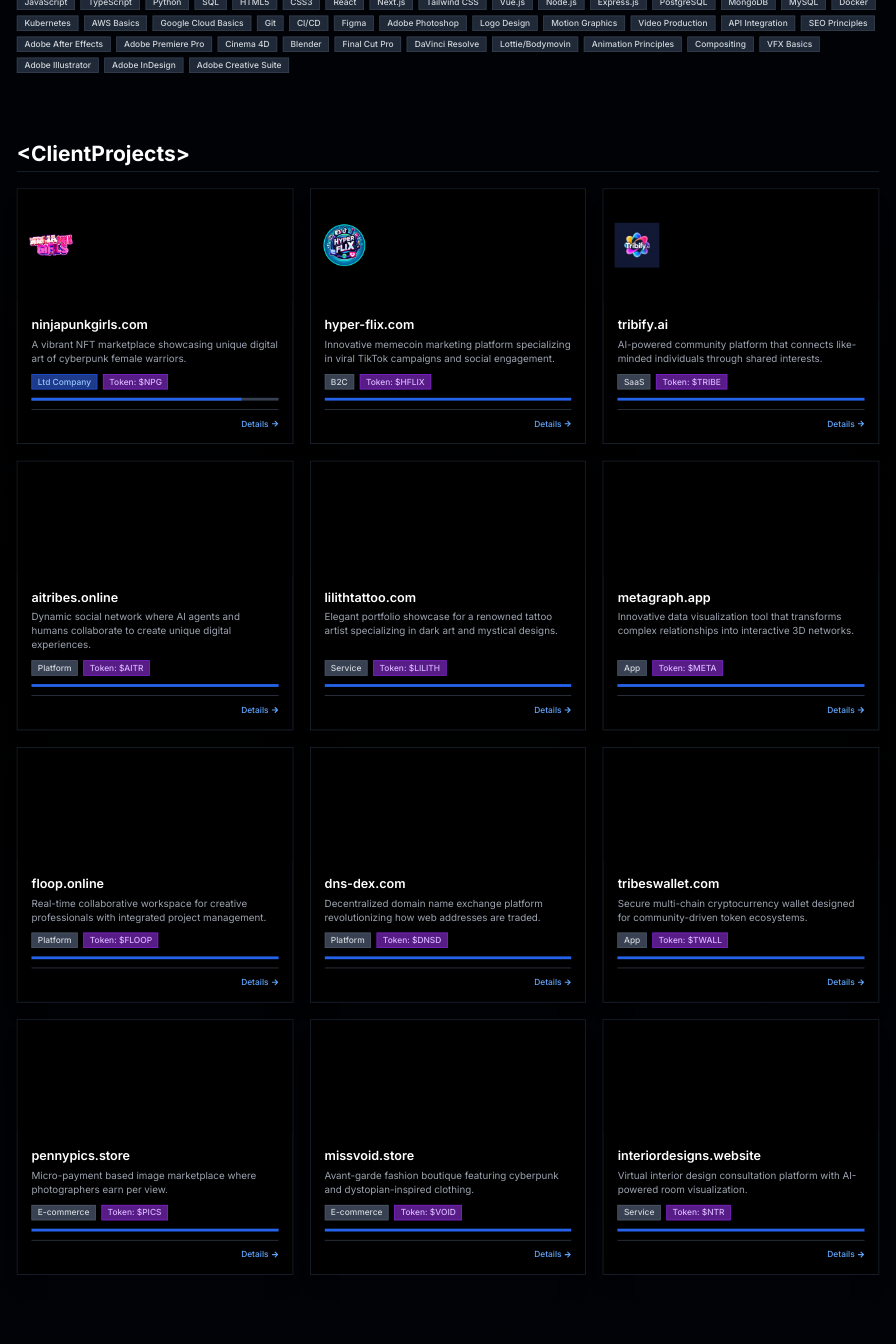
Repository: b0ase/rafskitchen
Page: /
An editor plug-in stored every save of this project. The page is shown before and after the next save, followed by the edit.
The browser window is 1280 px wide. The pictures show the part of the page from y = 1516 to 3436 px (the page is 4817 px tall), at 70% of full size.
The project was rebuilt for these pictures with package versions that can differ from the ones it lists, and the page was loaded fresh each time. The framework's server and built-in components were replaced by stand-ins that run in the browser. Also part of the build but not shown: next.config.js.

Above is the page before, as saved 2025-05-02 14:45:30.

### app/layout.tsx
import type { Metadata } from "next";
// Import both Inter and Fira_Code
import { Inter, Fira_Code } from "next/font/google";
import "./globals.css";
import Header from "./components/Header";
import Footer from "./components/Footer";
// Import new nav components
import ServicesNavigation from "./components/ServicesNavigation";
// Import ThemeProvider
import { ThemeProvider } from "./context/ThemeContext";

// Configure Inter (for default body text)
const inter = Inter({
  subsets: ["latin"],
  display: 'swap',
  variable: '--font-inter', // Variable for Inter
});

// Configure Fira_Code (for specific elements)
const fira_code = Fira_Code({
  subsets: ["latin"],
  display: 'swap',
  variable: '--font-fira-code', // Variable for Fira Code
});

export const metadata: Metadata = {
  title: "B0ASE.COM | Digital Agency",
  description: "B0ASE.COM - Digital Agency specializing in Web Development, Blockchain, Content, Video, and Social Media.",
};

export default function RootLayout({
  children,
}: {
  children: React.ReactNode;
}) {
  return (
    <html lang="en" suppressHydrationWarning className={`${inter.variable} ${fira_code.variable}`}>
      <head>
        <script
          dangerouslySetInnerHTML={{
            __html: `
              (function() {
                function getInitialTheme() {
                  try {
                    const storedTheme = window.localStorage.getItem('theme');
                    if (storedTheme) return storedTheme;
                    return window.matchMedia('(prefers-color-scheme: dark)').matches ? 'dark' : 'light';
                  } catch (e) {
                    // If localStorage is unavailable (e.g., cookies disabled or SSR)
                    return 'light'; // Default to light theme
                  }
                }
                const theme = getInitialTheme();
                if (theme === 'dark') {
                  document.documentElement.classList.add('dark');
                }
              })();
            `,
          }}
        />
        {/* Other head elements like meta tags will be injected by Next.js here */}
      </head>
      {/* Apply default font (Inter) via font-sans class */}
      <body className={`font-sans`}>
        <ThemeProvider>
          {/* Header and Footer MUST be outside ThemeProvider or siblings to {children} to wrap content */}
          <Header />
          <ServicesNavigation />
          <div className="flex flex-col min-h-screen"> {/* Optional wrapper for main content flex */}
            <main className="flex-grow">
              {children}
            </main>
          </div>
          <Footer />
        </ThemeProvider>
      </body>
    </html>
  );
}

### app/page.tsx
'use client';

import React, { useState, useEffect } from 'react';
import Link from 'next/link';
import Image from 'next/image';
import Header from './components/Header';
import Footer from './components/Footer';
import ProjectCardImage from './components/ProjectCardImage';
import ProjectCardLoginOverlay from './components/ProjectCardLoginOverlay';
import { portfolioData, Project } from '@/lib/data';
import { FaExternalLinkAlt, FaGithub, FaInfoCircle, FaArrowRight, FaLinkedin, FaLock } from 'react-icons/fa';
import { BsCurrencyBitcoin } from "react-icons/bs";
import CharacterCycle from './components/CharacterCycle';

// Uncomment icons
const GitHubIcon = () => <svg className="w-4 h-4" fill="currentColor" viewBox="0 0 16 16"><path d="M8 0C3.58 0 0 3.58 0 8c0 3.54 2.29 6.53 5.47 7.59.4.07.55-.17.55-.38 0-.19-.01-.82-.01-1.49-2.01.37-2.53-.49-2.69-.94-.09-.23-.48-.94-.82-1.13-.28-.15-.68-.52-.01-.53.63-.01 1.08.58 1.23.82.72 1.21 1.87.87 2.33.66.07-.52.28-.87.51-1.07-1.78-.2-3.64-.89-3.64-3.95 0-.87.31-1.59.82-2.15-.08-.2-.36-1.02.08-2.12 0 0 .67-.21 2.2.82.64-.18 1.32-.27 2-.27.68 0 1.36.09 2 .27 1.53-1.04 2.2-.82 2.2-.82.44 1.1.16 1.92.08 2.12.51.56.82 1.27.82 2.15 0 3.07-1.87 3.75-3.65 3.95.29.25.54.73.54 1.48 0 1.07-.01 1.93-.01 2.2 0 .21.15.46.55.38A8.013 8.013 0 0 0 16 8c0-4.42-3.58-8-8-8z"/></svg>;
const XIcon = () => <svg className="w-4 h-4" fill="currentColor" viewBox="0 0 24 24"><path d="M18.244 2.25h3.308l-7.227 8.26 8.502 11.24H16.17l-5.214-6.817L4.99 21.75H1.68l7.73-8.835L1.254 2.25H8.08l4.713 6.231zm-1.161 17.52h1.833L7.084 4.126H5.117z"/></svg>;
const NotionIcon = () => <svg className="w-4 h-4" fill="currentColor" viewBox="0 0 24 24"><path d="M12 2C6.48 2 2 6.48 2 12s4.48 10 10 10 10-4.48 10-10S17.52 2 12 2zm1 15h-2v-6h2v6zm0-8h-2V7h2v2z"/></svg>;
const TokenIcon = () => <svg className="w-4 h-4" fill="currentColor" viewBox="0 0 16 16"><path d="M8 16A8 8 0 1 0 8 0a8 8 0 0 0 0 16zm0-1.143A6.857 6.857 0 1 1 8 1.143a6.857 6.857 0 0 1 0 13.714z"/><path d="M6.29 8.51H4.844V6.66h.33L6.29 8.51zm2.47-1.615c0-.58-.4-1.047-1.063-1.047H6.42v4.33h1.374c.68 0 1.086-.467 1.086-1.08V6.895zm-1.22 1.857H6.81V6.24h.74c.39 0 .625.246.625.6v1.867c0 .348-.248.602-.64.602zM11.156 8.51h-1.45v-1.85h.33l1.12 1.85z"/></svg>;

export default function PortfolioPage() {
  const projects: Project[] = portfolioData.projects as Project[];
  const [isAboutVisible, setIsAboutVisible] = useState(false);
  const [hoveredProjectId, setHoveredProjectId] = useState<number | null>(null);

  useEffect(() => {
    const timer = setTimeout(() => {
      setIsAboutVisible(true);
    }, 100);
    return () => clearTimeout(timer);
  }, []);

  return (
    <div className="flex flex-col">
      <main className="px-6 py-12 md:py-16 flex-grow">
        {/* About Section - Apply fade-in */}
        <section id="about" className="mb-16 md:mb-24 scroll-mt-20">
          {/* Apply transition and opacity classes */}
          <div className={`bg-white dark:bg-black p-6 md:p-8 border border-gray-200 dark:border-gray-800 shadow-md dark:shadow-xl
                         transition-opacity duration-700 ease-in-out ${isAboutVisible ? 'opacity-100' : 'opacity-0'}`}>
            <h1 className="relative text-3xl md:text-4xl text-black dark:text-white mb-4 font-mono min-h-[2.5rem]">
                <span className="invisible">{portfolioData.about.name}</span>
                <span className="absolute inset-0">
                  <CharacterCycle text={portfolioData.about.name} cycleDuration={40} />
                </span>
            </h1>
            <p className="relative text-lg md:text-xl text-gray-700 dark:text-gray-300 mb-4">
              <span className="invisible">{portfolioData.about.tagline}</span>
              <span className="absolute inset-0">
                <CharacterCycle text={portfolioData.about.tagline} cycleDuration={20} />
              </span>
            </p>
            <p className="relative text-base text-gray-600 dark:text-gray-400 mb-6 whitespace-pre-line">
               <span className="invisible">{portfolioData.about.bio}</span>
               <span className="absolute inset-0">
                 <CharacterCycle text={portfolioData.about.bio} cycleDuration={5} />
                </span>
            </p>
            <div className="flex space-x-4 mb-6">
              <a href={portfolioData.about.socials.github} target="_blank" rel="noopener noreferrer" className="text-gray-500 dark:text-gray-400 hover:text-black dark:hover:text-white transition-colors">
                <FaGithub size={24} />
              </a>
              <a href={portfolioData.about.socials.linkedin} target="_blank" rel="noopener noreferrer" className="text-gray-500 dark:text-gray-400 hover:text-black dark:hover:text-white transition-colors">
                <FaLinkedin size={24} />
              </a>
            </div>
            <div className="bg-gray-100 dark:bg-gray-900 p-4 border border-gray-200 dark:border-gray-700 text-sm text-gray-700 dark:text-gray-400">
              <h3 className="font-semibold text-black dark:text-white mb-2 flex items-center">
                <BsCurrencyBitcoin className="mr-2" /> {portfolioData.about.token.name} ({portfolioData.about.token.ticker})
              </h3>
              <p className="mb-2">{portfolioData.about.token.description}</p>
              <a
                href={portfolioData.about.token.marketLink}
                target="_blank"
                rel="noopener noreferrer"
                className="inline-flex items-center px-4 py-2 bg-blue-600 dark:bg-blue-700 text-white text-xs font-medium hover:bg-blue-700 dark:hover:bg-blue-600 transition-colors shadow-sm dark:shadow-md"
              >
                View Market <FaExternalLinkAlt className="ml-2" />
              </a>
            </div>
          </div>
        </section>

        {/* eslint-disable-next-line react/jsx-no-comment-textnodes */}
        {/* Services Section - Apply dark: variants */}
        <section id="services" className="mb-16 md:mb-24 scroll-mt-20">
          <h2 className="text-2xl md:text-3xl font-bold text-black dark:text-white mb-6 border-b border-gray-200 dark:border-gray-800 pb-2">
            <span className="text-blue-500 dark:text-blue-400">//</span> Services
          </h2>
          <div className="grid grid-cols-1 md:grid-cols-2 lg:grid-cols-3 gap-6">
            {portfolioData.services.map((service) => (
              <Link
                key={service.id}
                href={`/services/${service.slug}`}
                className="block bg-white dark:bg-black p-6 border border-gray-200 dark:border-gray-800 shadow-md dark:shadow-xl flex flex-col transition-transform duration-300 ease-in-out hover:scale-[1.02] hover:brightness-110 dark:hover:brightness-125"
              >
                <h3 className="text-xl font-semibold text-black dark:text-white mb-2">{service.title}</h3>
                <p className="text-gray-600 dark:text-gray-400 text-sm mb-4 flex-grow">{service.description}</p>
                {service.priceInfo && (
                  <p className="text-xs text-gray-500 dark:text-gray-500 italic mt-auto pt-2 border-t border-gray-100 dark:border-gray-700">{service.priceInfo}</p>
                )}
              </Link>
            ))}
          </div>
        </section>

        {/* Skills Section - Apply dark: variants */}
        <section id="skills" className="mb-16 md:mb-24 scroll-mt-20">
          <h2 className="text-2xl md:text-3xl font-bold text-black dark:text-white mb-6 border-b border-gray-200 dark:border-gray-800 pb-2">
            <span className="text-green-500 dark:text-green-400">*</span> Technical Skills
          </h2>
          <div className="flex flex-wrap gap-2">
            {portfolioData.skills.technical.map((skill) => (
              <span key={skill} className="bg-gray-100 dark:bg-gray-800 text-gray-700 dark:text-gray-300 text-xs font-medium px-2.5 py-0.5 border border-gray-300 dark:border-gray-700 shadow-sm">
                {skill}
              </span>
            ))}
          </div>
        </section>

        {/* Projects (Domains) Section - Apply dark: variants */}
        <section id="projects" className="mb-16 md:mb-24 scroll-mt-20">
          <h2 className="text-2xl md:text-3xl font-bold text-black dark:text-white mb-6 border-b border-gray-200 dark:border-gray-800 pb-2">
            &lt;ClientProjects&gt;
          </h2>
          <div className="grid grid-cols-1 md:grid-cols-2 lg:grid-cols-3 gap-6">
            {projects.filter(p => p.type === 'domain').map((project) => (
              <div
                key={project.id}
                className="relative group bg-white dark:bg-black border border-gray-200 dark:border-gray-800 shadow-md dark:shadow-xl flex flex-col overflow-hidden transition-transform duration-300 ease-in-out hover:scale-[1.02] hover:brightness-105 dark:hover:brightness-110"
                onMouseEnter={() => setHoveredProjectId(project.id)}
                onMouseLeave={() => setHoveredProjectId(null)}
              >
                <div className="relative w-full h-40 bg-black flex items-center justify-start p-4">
                  <ProjectCardImage
                    imageUrls={project.cardImageUrls || []}
                    alt={`${project.title} logo`}
                  />
                </div>
                <div className="p-5 flex flex-col flex-grow transition-opacity duration-300 group-hover:opacity-0 group-hover:pointer-events-none">
                  <h3 className="text-lg font-semibold text-black dark:text-white mb-1">{project.title}</h3>
                  <p className="text-sm text-gray-600 dark:text-gray-400 mb-3 flex-grow">{project.description}</p>
                  <div className="mb-3 flex flex-wrap gap-1">
                    {project.status && (
                      <span className={`text-xs font-medium mr-1 px-2 py-0.5 inline-block w-max border
                        ${project.status === 'Live' ? 'bg-green-100 border-green-300 text-green-800 dark:bg-green-900 dark:border-green-700 dark:text-green-300' :
                         project.status === 'Ltd Company' ? 'bg-blue-100 border-blue-300 text-blue-800 dark:bg-blue-900 dark:border-blue-700 dark:text-blue-300' :
                         project.status === 'In Development' ? 'bg-yellow-100 border-yellow-300 text-yellow-800 dark:bg-yellow-900 dark:border-yellow-700 dark:text-yellow-300' :
                         'bg-gray-100 border-gray-300 text-gray-800 dark:bg-gray-700 dark:border-gray-600 dark:text-gray-300'
                        }
                      `}>
                         {project.status}
                      </span>
                    )}
                    {project.tokenName && (
                      <span className="bg-purple-100 border-purple-300 text-purple-800 dark:bg-purple-900 dark:border-purple-700 dark:text-purple-300 border text-xs font-medium mr-1 px-2 py-0.5 inline-block w-max">
                        Token: {project.tokenName}
                      </span>
                    )}
                  </div>
                  {typeof project.tokenProgressPercent === 'number' && (
                    <div className="w-full bg-gray-200 dark:bg-gray-700 h-1 mb-3">
                      <div className="bg-blue-500 dark:bg-blue-600 h-1" style={{ width: `${project.tokenProgressPercent}%` }}></div>
                    </div>
                  )}
                  <div className="mt-auto pt-3 border-t border-gray-100 dark:border-gray-700 flex items-center justify-between">
                    <div className="flex space-x-3 items-center">
                      {project.liveUrl && (
                        <a href={project.liveUrl} target="_blank" rel="noopener noreferrer" className="text-blue-600 dark:text-blue-400 hover:text-blue-800 dark:hover:text-blue-300 transition-colors" title="Visit Live Site">
                          <FaExternalLinkAlt size={16} />
                        </a>
                      )}
                      {project.repoUrl && (
                        <a href={project.repoUrl} target="_blank" rel="noopener noreferrer" className="text-gray-500 dark:text-gray-400 hover:text-black dark:hover:text-white transition-colors" title="View Repository">
                          <FaGithub size={16} />
                        </a>
                      )}
                    </div>
                    <Link href={`/projects/${project.slug}`} className="text-xs text-blue-600 dark:text-blue-400 hover:text-blue-800 dark:hover:text-blue-300 font-medium inline-flex items-center">
                      Details <FaArrowRight className="ml-1" size={10}/>
                    </Link>
                  </div>
                </div>
                <ProjectCardLoginOverlay project={project} isVisible={hoveredProjectId === project.id} />
              </div>
            ))}
          </div>
        </section>

        {/* Development (GitHub Repos) Section - Apply dark: variants */}
        <section id="development" className="mb-16 md:mb-24 scroll-mt-20">
            <h2 className="text-2xl md:text-3xl font-bold text-black dark:text-white mb-6 border-b border-gray-200 dark:border-gray-800 pb-2">
                <span className="text-purple-500 dark:text-purple-400">#</span> Open Source / Development
            </h2>
            <div className="grid grid-cols-1 md:grid-cols-2 lg:grid-cols-3 gap-6">
                {projects.filter(p => p.type === 'github').map((project) => (
                    <div key={project.id} className="bg-white dark:bg-black p-6 border border-gray-200 dark:border-gray-800 shadow-md dark:shadow-xl flex flex-col transition-transform duration-300 ease-in-out hover:scale-[1.02] hover:brightness-110 dark:hover:brightness-125">
                        <h3 className="text-lg font-semibold text-black dark:text-white mb-1">{project.title}</h3>
                        <p className="text-sm text-gray-600 dark:text-gray-400 mb-3 flex-grow">{project.description}</p>
                        {project.status && (
                           <span className={`text-xs font-medium mr-2 px-2 py-0.5 mb-2 inline-block w-max border
                           ${project.status === 'Live' ? 'bg-green-100 border-green-300 text-green-800 dark:bg-green-900 dark:border-green-700 dark:text-green-300' :
                           project.status === 'Archived' ? 'bg-gray-100 border-gray-300 text-gray-800 dark:bg-gray-800 dark:border-gray-700 dark:text-gray-400' :
                           'bg-yellow-100 border-yellow-300 text-yellow-800 dark:bg-yellow-900 dark:border-yellow-700 dark:text-yellow-300'}
                           `}>
                           {project.status}
                           </span>
                        )}
                        <div className="mt-auto pt-3 border-t border-gray-100 dark:border-gray-700 flex space-x-3">
                            {project.liveUrl && (
                                <a href={project.liveUrl} target="_blank" rel="noopener noreferrer" className="text-blue-600 dark:text-blue-400 hover:text-blue-800 dark:hover:text-blue-300 transition-colors" title="Visit Live Site">
                                    <FaExternalLinkAlt size={16}/>
                                </a>
                            )}
                            {project.repoUrl && (
                                <a href={project.repoUrl} target="_blank" rel="noopener noreferrer" className="text-gray-500 dark:text-gray-400 hover:text-black dark:hover:text-white transition-colors" title="View Repository">
                                    <FaGithub size={16}/>
                                </a>
                            )}
                        </div>
                    </div>
                ))}
            </div>
        </section>

        {/* Contact Section - Apply dark: variants */}
        <section id="contact" className="mb-16 md:mb-24 scroll-mt-20">
            <div className="bg-white dark:bg-black p-6 md:p-8 border border-gray-200 dark:border-gray-800 shadow-md dark:shadow-xl text-center">
                <h2 className="text-2xl md:text-3xl font-bold text-black dark:text-white mb-4">
                   <span className="text-red-500 dark:text-red-400">@</span>Get in Touch
                </h2>
                <p className="text-gray-700 dark:text-gray-300 mb-6">Interested in collaborating or discussing a project? Reach out via email.</p>
                <a
                    href={`mailto:${portfolioData.contact.email}`}
                    className="inline-flex items-center px-6 py-3 bg-black dark:bg-blue-700 text-white dark:text-white text-base font-medium hover:bg-gray-800 dark:hover:bg-blue-600 transition-colors shadow-sm dark:shadow-md"
                >
                   Contact B0ASE
                </a>
            </div>
        </section>

      </main>

      <Footer />
    </div>
  );
}

### app/globals.css
@tailwind base;
@tailwind components;
@tailwind utilities;

body {
  /* Base light theme styles */
  @apply bg-white text-gray-900;
}

/* Define dark mode styles using the 'dark' class applied by ThemeContext */
html.dark body {
   @apply bg-gradient-to-b from-gray-950 via-black to-gray-950 text-gray-300;
}

@layer utilities {
  .text-balance {
    text-wrap: balance;
  }
}

### app/components/Footer.tsx
'use client';

import React from 'react';

export default function Footer() {
  const currentYear = new Date().getFullYear();

  return (
    <footer className="bg-gray-950 border-t border-gray-800 mt-16 py-6">
      <div className="container mx-auto px-4 text-center text-gray-500 text-sm">
        <p>&copy; {currentYear} b0ase.com. All rights reserved.</p>
        {/* Optional: Add links to privacy policy, terms, etc. */}
      </div>
    </footer>
  );
}

### app/components/ProjectCardImage.tsx
'use client';

import React from 'react';
import Image from 'next/image';

interface ProjectCardImageProps {
  imageUrls: string[];
  alt: string;
}

const ProjectCardImage: React.FC<ProjectCardImageProps> = ({
  imageUrls,
  alt,
}) => {
  // Handle cases with no images
  if (!imageUrls || imageUrls.length === 0) {
    // Return null or a minimal placeholder, parent div now handles background
    return null;
  }

  // Always use the first image
  const imageUrl = imageUrls[0];

  return (
    <Image
      src={imageUrl}
      alt={alt}
      width={64}
      height={64}
      className="object-contain"
      priority
    />
  );
};

export default ProjectCardImage;

Loaded but not shown: tailwind.config.js (25 lines, source omitted); lib/data.ts (333 lines, source omitted); app/components/Header.tsx (127 lines, source omitted); app/components/ProjectCardLoginOverlay.tsx (134 lines, source omitted); app/components/CharacterCycle.tsx (84 lines, source omitted); app/components/ServicesNavigation.tsx (71 lines, source omitted); app/context/ThemeContext.tsx (77 lines, source omitted); app/components/ThemeToggle.tsx (26 lines, source omitted)

After the next save:
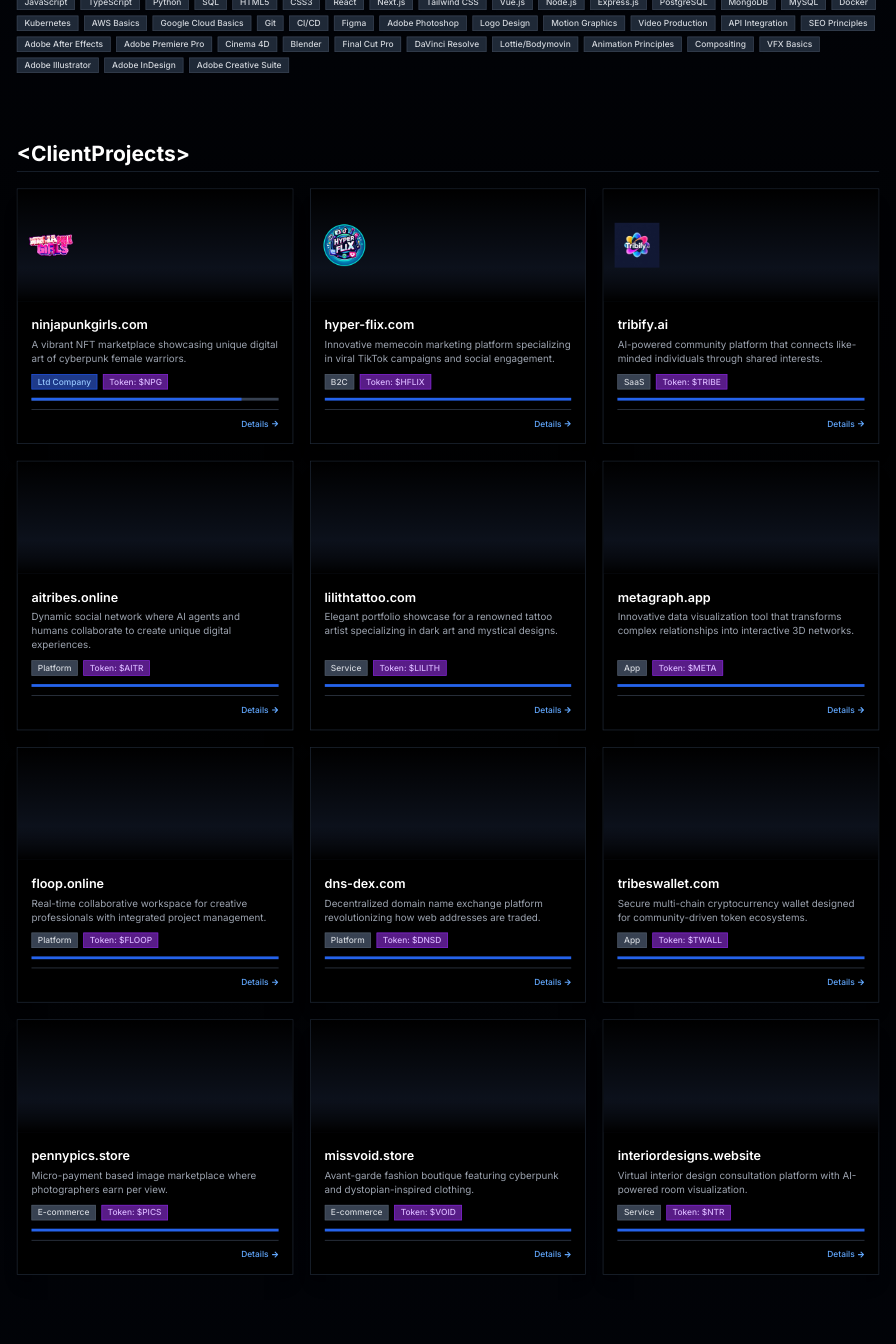
Saved 2 min 0 s later.
--- a/app/page.tsx
+++ b/app/page.tsx
@@ -131,13 +131,14 @@
                 onMouseEnter={() => setHoveredProjectId(project.id)}
                 onMouseLeave={() => setHoveredProjectId(null)}
               >
-                <div className="relative w-full h-40 bg-black flex items-center justify-start p-4">
+                <div className="relative w-full h-40 bg-gradient-to-b from-black to-gray-900 dark:from-black dark:to-gray-900 flex items-center justify-start p-4">
                   <ProjectCardImage
                     imageUrls={project.cardImageUrls || []}
                     alt={`${project.title} logo`}
                   />
+                  <div className="absolute bottom-0 left-0 right-0 h-12 bg-gradient-to-t from-white dark:from-black to-transparent"></div>
                 </div>
-                <div className="p-5 flex flex-col flex-grow transition-opacity duration-300 group-hover:opacity-0 group-hover:pointer-events-none">
+                <div className="relative p-5 flex flex-col flex-grow transition-opacity duration-300 group-hover:opacity-0 group-hover:pointer-events-none">
                   <h3 className="text-lg font-semibold text-black dark:text-white mb-1">{project.title}</h3>
                   <p className="text-sm text-gray-600 dark:text-gray-400 mb-3 flex-grow">{project.description}</p>
                   <div className="mb-3 flex flex-wrap gap-1">
